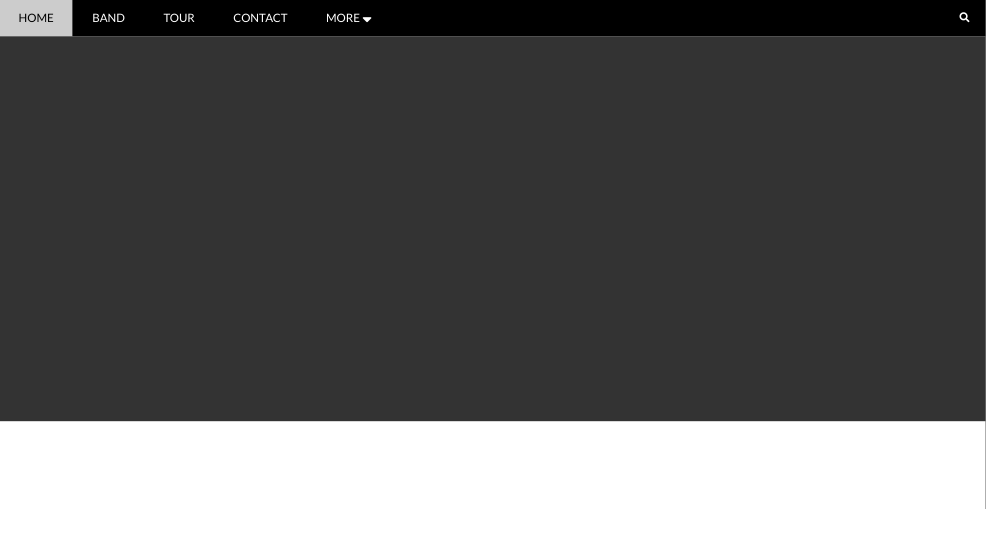
Repository: nguyenthaicong265/w3-band
Page: index.html
An editor plug-in stored every save of this project. The page is shown before and after the next save, followed by the edit.
The browser window is 1280 px wide. The pictures show the whole page, at 77% of full size.

Above is the page before, as saved 2021-12-28 11:33:53.

After the next save:
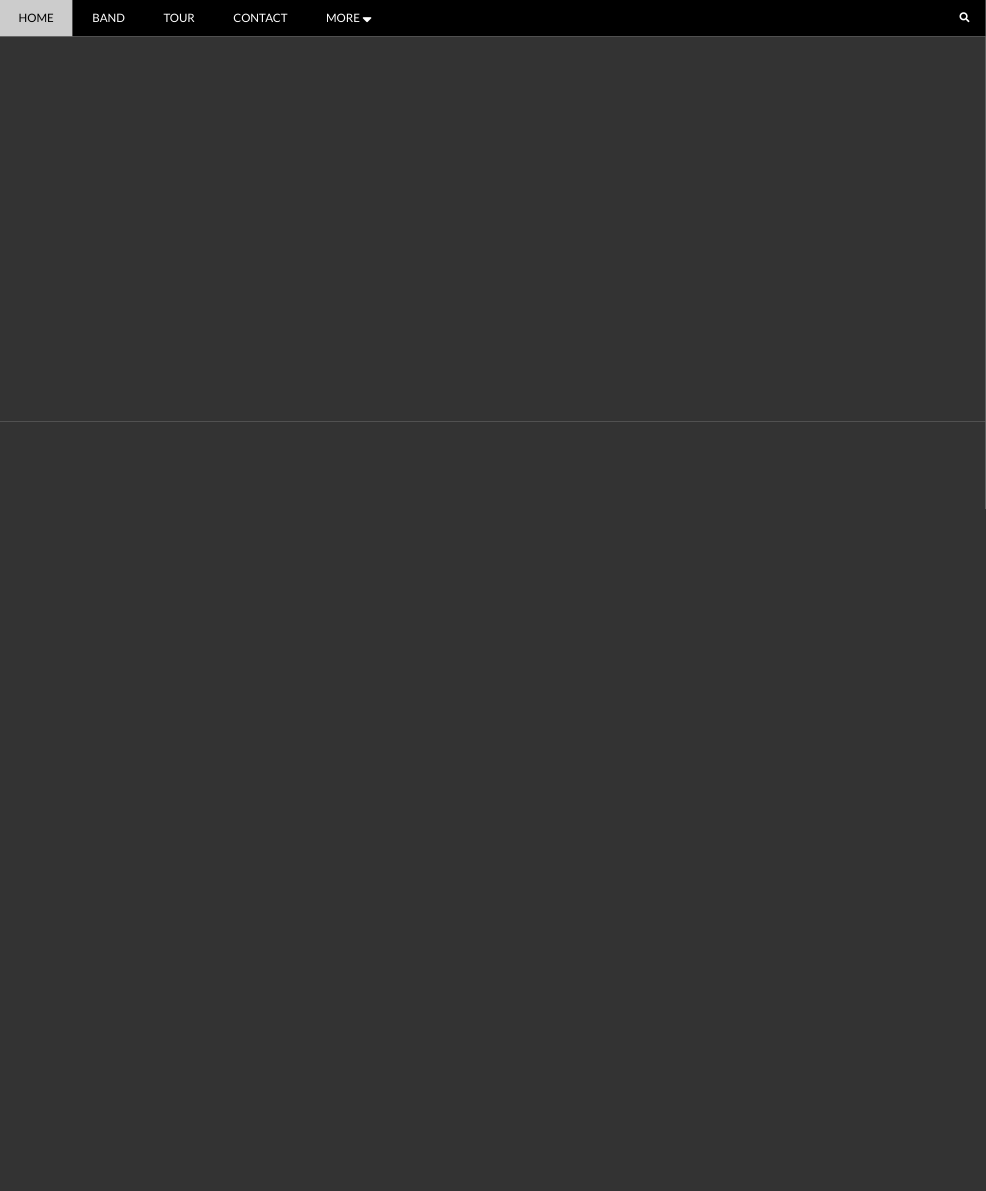
Saved 4 h 7 min later.
--- a/assets/css/styles.css
+++ b/assets/css/styles.css
@@ -98,7 +98,8 @@ html {
 }
 
 #content {
-
+    height: 1000px;
+    background-color: #333;
 }
 
 #footer {
